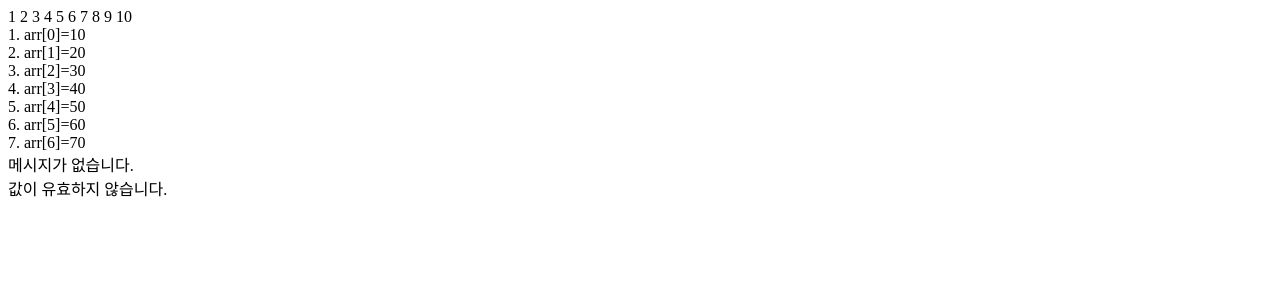
Repository: chanhee0506/spring
Page: http://localhost/ServletJSPWeb/jstl.jsp
An editor plug-in stored every save of this project. The page is shown before and after the next save, followed by the edit.
The browser window is 1280 px wide. The pictures show the whole page.
The page is served by Tomcat 9. Other server files are loaded and not shown.

Above is the page before, as saved 2023-04-04 00:40:38.

### ServletJSPWeb/src/main/webapp/jstl.jsp
<%@ page language="java" contentType="text/html; charset=UTF-8"
    pageEncoding="UTF-8"%>
<%@ taglib prefix="c" uri="http://java.sun.com/jsp/jstl/core" %>
<%@ taglib prefix="fmt" uri="http://java.sun.com/jsp/jstl/fmt" %>
<!DOCTYPE html>
<html lang="ko">
<head>
    <meta charset="UTF-8">
    <meta http-equiv="X-UA-Compatible" content="IE=edge">
    <meta name="viewport" content="width=device-width, initial-scale=1.0">
    <title>JSTL</title>
</head>
<body>
	<c:set var="to" value="10" />
	<c:set var="arr" value="10,20,30,40,50,60,70" />

	<c:forEach var="i" begin="1" end="${to }">
		${i }
	</c:forEach>
	<br>

	<c:if test="${not empty arr }">
		<c:forEach var="elem" items="${arr }" varStatus="status">
			${status.count }. arr[${status.index }]=${elem } <br>
		</c:forEach>
	</c:if>

	<c:if test="${param.msg != null}">
		msg=${param.msg }
		msg=<c:out value="${param.msg }" />
	</c:if>

	<c:if test="${param.msg == null }">메시지가 없습니다.<br></a></c:if>

	<c:set var="age" value="${param.age }"/>
	<c:choose>
		<c:when test="${age>=19 }">성인입니다.</c:when>
		<c:when test="${age>=0 && age < 19 }">성인이 아닙니다.</c:when>
		<c:otherwise>값이 유효하지 않습니다.</c:otherwise>
	</c:choose>

</body>
</html>

After the next save:
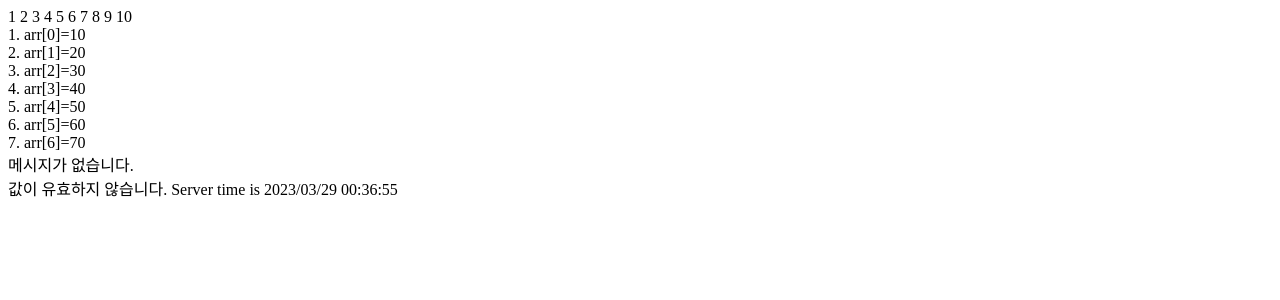
Saved 3 min 25 s later.
--- a/ServletJSPWeb/src/main/webapp/jstl.jsp
+++ b/ServletJSPWeb/src/main/webapp/jstl.jsp
@@ -1,3 +1,4 @@
+<%@page import="java.util.Date"%>
 <%@ page language="java" contentType="text/html; charset=UTF-8"
     pageEncoding="UTF-8"%>
 <%@ taglib prefix="c" uri="http://java.sun.com/jsp/jstl/core" %>
@@ -39,5 +40,8 @@
 		<c:otherwise>값이 유효하지 않습니다.</c:otherwise>
 	</c:choose>
 
+	<c:set var="now" value="<%=new Date() %>" />
+	Server time is <fmt:formatDate value="${now }" pattern="yyyy/MM/dd HH:mm:ss"/>
+
 </body>
 </html>
